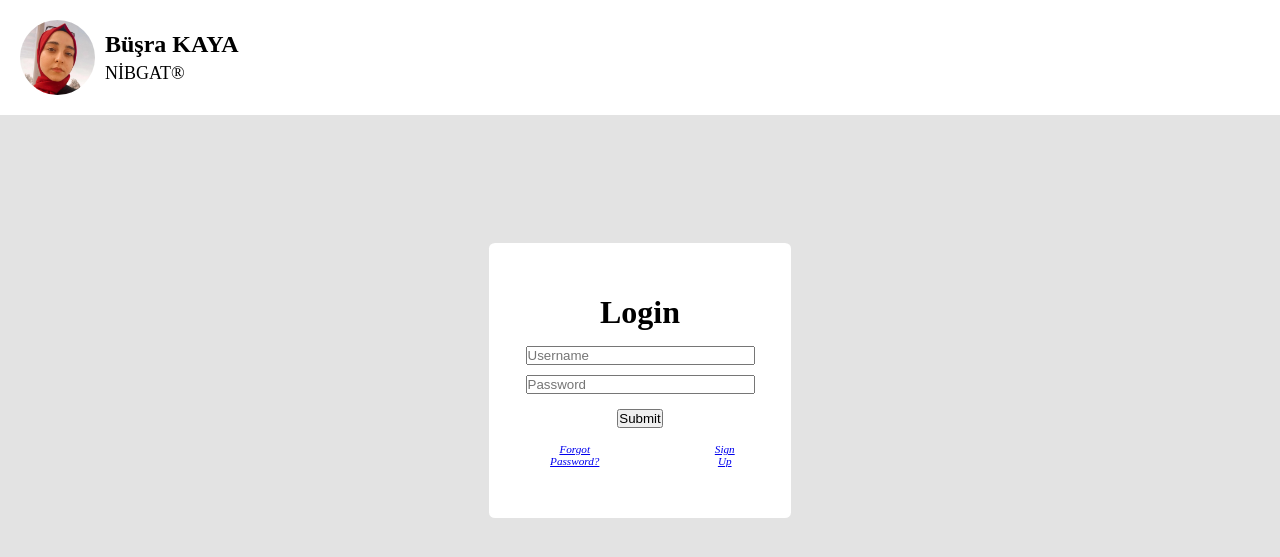
Repository: busra-kayaa/LoginPage
Page: login.html
An editor plug-in stored every save of this project. The page is shown before and after the next save, followed by the edit.
The browser window is 1280 px wide. The pictures show the whole page.

Above is the page before, as saved 2024-01-02 19:00:31.

After the next save:
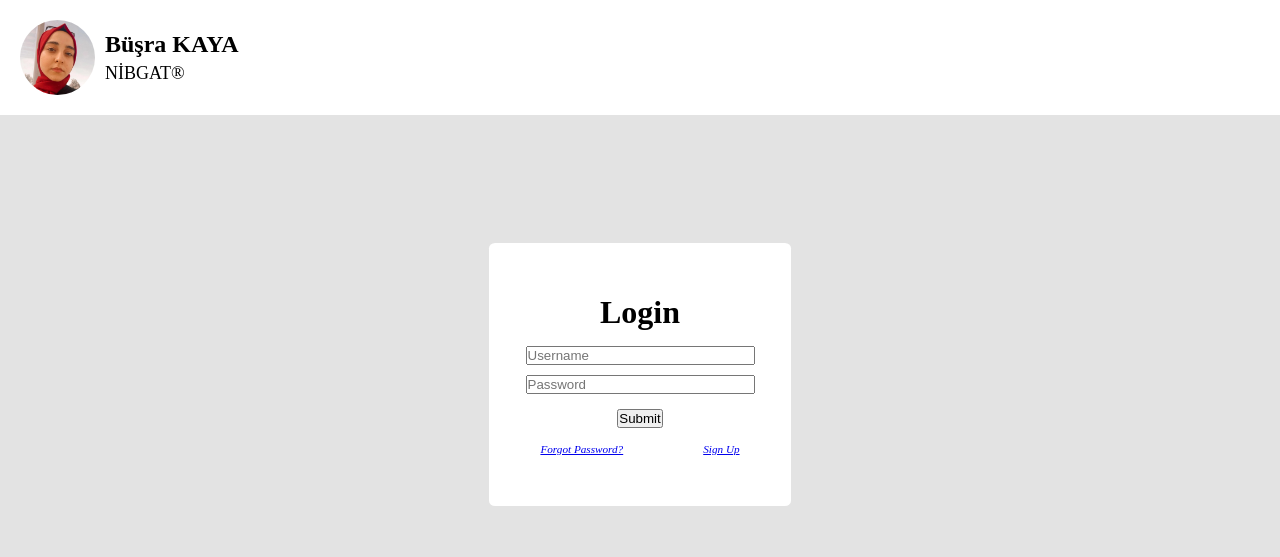
Saved 71 s later.
--- a/style.css
+++ b/style.css
@@ -92,5 +92,5 @@ body {
     flex-direction:raw;
     font-size: 70%;
     font-style: italic;
-    gap: 100px;
+    gap: 80px;
 }
